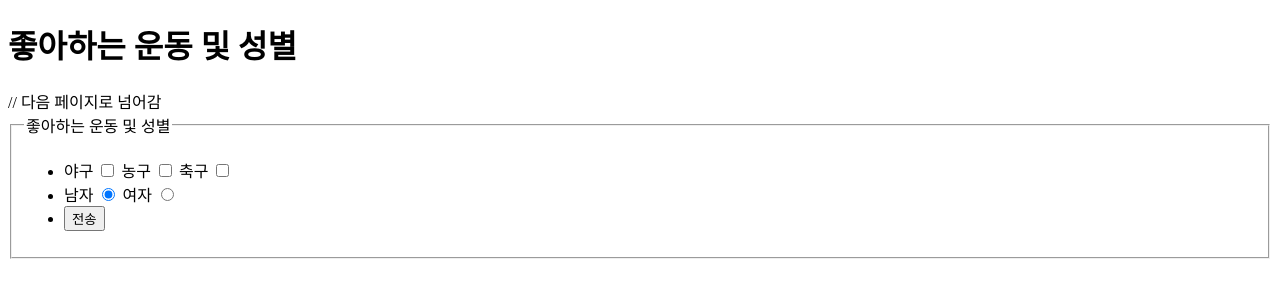
Repository: sgnq008-tech/JSP
Page: http://localhost/WebProject/test/sport.jsp
The author's editor kept a copy of each file at every save. The page is drawn from the files as they stood at one save, then again after the next save.
The browser window is 1280 px wide. The pictures show the whole page.
The page is served by Tomcat 9. Other server files are loaded and not shown.

Above is the page before, as saved 2026-09-08 00:48:21.

### jsp_workspace/WebProject/src/main/webapp/test/sport.jsp
<%@ page language="java" contentType="text/html; charset=UTF-8"
    pageEncoding="UTF-8"%>
<!DOCTYPE html>
<html>
<head>
<meta charset="UTF-8">
<title>좋아하는 운동 및 성별</title>
</head>
<body>
<h1>좋아하는 운동 및 성별</h1>
<form action="Sport" method="post"> // 다음 페이지로 넘어감
                <fieldset>
                                <legend>좋아하는 운동 및 성별</legend>
                                <ul>
                                <li>
                                       <label>야구</label>
                                       <input type ="checkbox" name="sports" value ="야구">
                                       <label>농구</label>
                                       <input type ="checkbox" name="sports" value ="농구">
                                       <label>축구</label>
                                       <input type ="checkbox" name="sports" value ="축구">
                                </li>
                                <li>
                                      <label>남자</label>
                                      <input type ="radio" name="gender" value ="남자" checked="checked">
                                      <label>여자</label>
                                      <input type ="radio" name="gender" value ="여자">
                                </li>
                                <li>
                                      <input type ="submit" value ="전송">
                                </li>
                                </ul>
                </fieldset>

</form>

</body>
</html>

After the next save:
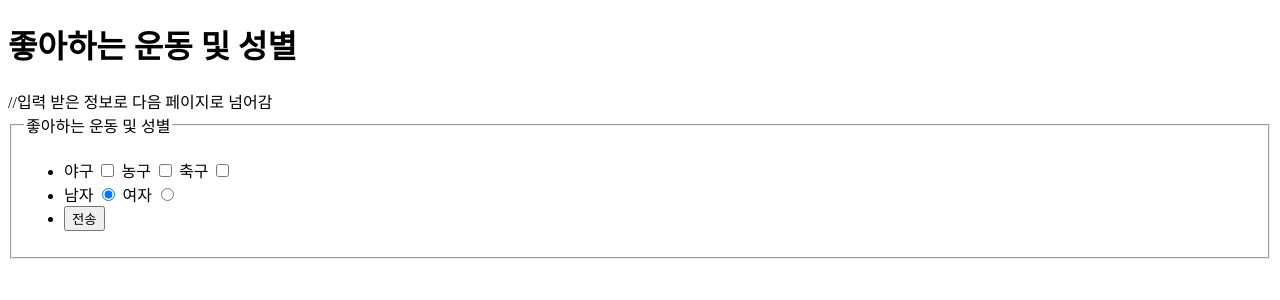
Saved 9 s later.
--- a/jsp_workspace/WebProject/src/main/webapp/test/sport.jsp
+++ b/jsp_workspace/WebProject/src/main/webapp/test/sport.jsp
@@ -8,7 +8,7 @@
 </head>
 <body>
 <h1>좋아하는 운동 및 성별</h1>
-<form action="Sport" method="post"> // 다음 페이지로 넘어감
+<form action="Sport" method="post"> //입력 받은 정보로 다음 페이지로 넘어감
                 <fieldset>
                                 <legend>좋아하는 운동 및 성별</legend>
                                 <ul>
